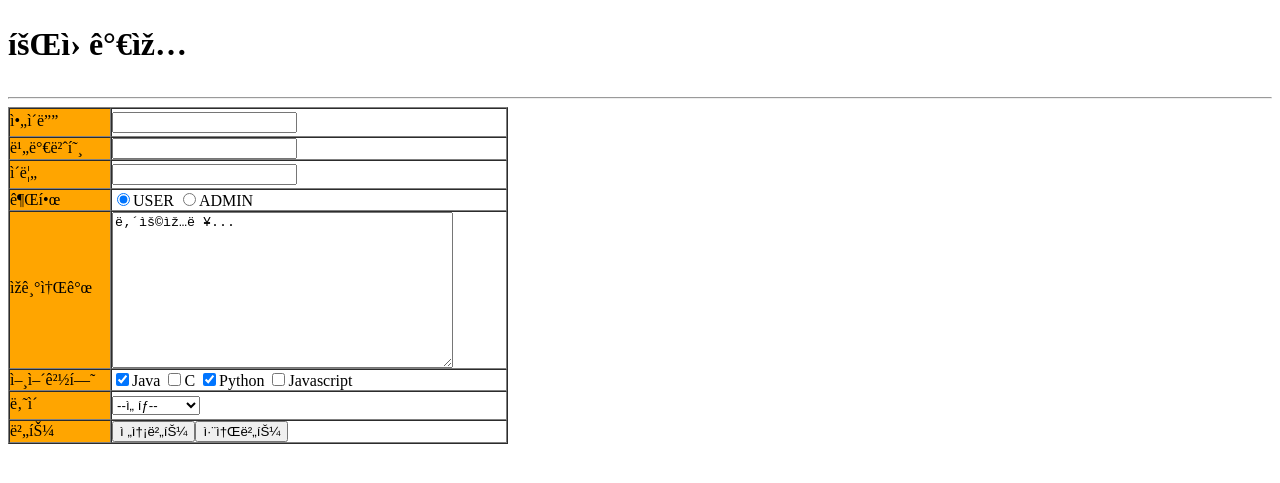
Repository: serim53/JSPStudy
Page: http://localhost/BoardWeb_JSP_/insertUserView.do
An editor plug-in stored every save of this project. The page is shown before and after the next save, followed by the edit.
The browser window is 1280 px wide. The pictures show the whole page.
The page is served by Tomcat 10. Other server files are loaded and not shown.

Above is the page before, as saved 2025-07-08 05:07:46.

### BoardWeb(JSP)/src/main/webapp/WEB-INF/board/insertUser.jsp
<!DOCTYPE html PUBLIC "-//W3C//DTD HTML 4.01 Transitional//EN" "http://www.w3.org/TR/html4/loose.dtd">
<html>
<head>
<meta http-equiv="Content-Type" content="text/html; charset=UTF-8">
<title>회원가입</title>
</head>
<body>
<h1>회원 가입</h1>
<hr>
<form action="insertUser.do" method="get">

<table border="1" cellpadding="0" cellspacing="0" width="500">
	<tr>
		<td bgcolor="orange" width="100">아이디</td>
		<td><input type="text"/></td>
	</tr>
	<tr>
		<td bgcolor="orange">비밀번호</td>
		<td><input type="text"/></td>
	</tr>
	<tr>
		<td bgcolor="orange">이름</td>
		<td><input type="text"/></td>
	</tr>
	<tr>
		<td bgcolor="orange">권한</td>
		<td>
			<input name="role" type="radio" checked/>USER
      		<input name="role" type="radio"/>ADMIN<br>
    	</td>
	</tr>
	<tr>
		<td bgcolor="orange">자기소개</td>
		<td><textarea rows="10" cols="40">내용입력...</textarea></td>
	</tr>
	<tr>
		<td bgcolor="orange">언어경험</td>
		<td>
			<input type="checkbox" checked/>Java
		    <input type="checkbox"/>C
		    <input type="checkbox" checked/>Python
		    <input type="checkbox"/>Javascript
		</td>
	</tr>
	<tr>
		<td bgcolor="orange">나이</td>
		<td>
			<select>
			<option>--선택--
			<option>10대
			<option>20대
			<option>30대
			<option>40대
			<option>50대
			<option>60대 이상
	  </select>
		</td>
	</tr>
	<tr>
		<td bgcolor="orange">버튼</td>
		<td><input type="submit" value="전송버튼"/><input type="reset" value="취소버튼"/></td>
	</tr>
</table>
<!-- 아이디 : <input type="text" size="20"/><br>
비밀번호 : <input type="password" size="20"/><br>
이름 : <input type="text"/><br>
권한 : <input name="role" type="radio" checked/>USER
      <input name="role" type="radio"/>ADMIN<br>
자기소개 : <textarea rows="10" cols="40">내용입력...</textarea><br>
언어 경험 : <input type="checkbox" checked/>Java
		  <input type="checkbox"/>C
		  <input type="checkbox" checked/>Python
		  <input type="checkbox"/>Javascript<br>
나이 : <select>
		<option>--선택--
		<option>10대
		<option>20대
		<option>30대
		<option>40대
		<option>50대
		<option>60대 이상
	  </select><br>
<input type="submit" value="전송버튼"/>
<input type="reset" value="취소버튼"/> -->
</form>
</body>
</html>

### BoardWeb(JSP)/src/main/java/com/multicampus/web/DispatcherServlet.java
package com.multicampus.web;

import java.io.IOException;
import java.util.List;

import com.multicampus.biz.board.BoardDAO;
import com.multicampus.biz.board.BoardVO;
import com.multicampus.biz.user.UserDAO;
import com.multicampus.biz.user.UserVO;

import jakarta.servlet.RequestDispatcher;
import jakarta.servlet.ServletConfig;
import jakarta.servlet.ServletException;
import jakarta.servlet.annotation.WebServlet;
import jakarta.servlet.http.HttpServlet;
import jakarta.servlet.http.HttpServletRequest;
import jakarta.servlet.http.HttpServletResponse;
import jakarta.servlet.http.HttpSession;

@WebServlet(urlPatterns = { "*.do" })
public class DispatcherServlet extends HttpServlet {
	private static final long serialVersionUID = 1L;

	private HandlerMapping handlerMapping;
	private ViewResolver viewResolver;

	public void init(ServletConfig config) throws ServletException {
		handlerMapping = new HandlerMapping();
		viewResolver = new ViewResolver("/WEB-INF/board/", ".jsp");
	}

	protected void service(HttpServletRequest request, HttpServletResponse response) throws ServletException, IOException {
		// 1. 브라우저의 요청 path 정보를 추출한다.
		String uri = request.getRequestURI();
		String path = uri.substring(uri.lastIndexOf("/"));
		System.out.println(path);

		// 2. HandlerMapping을 통해 요청을 처리할 Controller를 검색한다.
		Controller ctrl = handlerMapping.getController(path);

		// 3. 검색한 Controller를 실행한다.
		String viewName = ctrl.handleRequest(request, response);

		// 4. Controller가 리턴한 View 이름을 기반으로 이동할 화면 경로를 완성한다.
		String view = null;
		if(!viewName.contains(".do")) {
			if(viewName.equals("index")) {
				view = viewName + ".jsp";
			} else {
				view = viewResolver.getView(viewName);
			}
		} else {
			view = viewName;
		}

		// 5. 화면 이동한다.
		RequestDispatcher rd = request.getRequestDispatcher(view);
		rd.forward(request, response);
	}

}

### BoardWeb(JSP)/src/main/java/com/multicampus/web/Controller.java
package com.multicampus.web;

import jakarta.servlet.http.HttpServletRequest;
import jakarta.servlet.http.HttpServletResponse;

public interface Controller {

	String handleRequest(HttpServletRequest request, HttpServletResponse response);

}

### BoardWeb(JSP)/src/main/java/com/multicampus/web/user/InsertUserViewController.java
package com.multicampus.web.user;

import com.multicampus.web.Controller;

import jakarta.servlet.http.HttpServletRequest;
import jakarta.servlet.http.HttpServletResponse;

public class InsertUserViewController implements Controller {

	@Override
	public String handleRequest(HttpServletRequest request, HttpServletResponse response) {
		System.out.println("회원가입 화면으로 이동");

		return "insertUser";
	}

}

### BoardWeb(JSP)/src/main/java/com/multicampus/web/user/InsertUserController.java
package com.multicampus.web.user;

import com.multicampus.biz.user.UserDAO;
import com.multicampus.biz.user.UserVO;
import com.multicampus.web.Controller;

import jakarta.servlet.http.HttpServletRequest;
import jakarta.servlet.http.HttpServletResponse;

public class InsertUserController implements Controller {

	@Override
	public String handleRequest(HttpServletRequest request, HttpServletResponse response) {
		System.out.println("회원 가입 기능 처리");

		// 1. 사용자 입력정보 추출
		String id = request.getParameter("id");
		String password = request.getParameter("password");
		String name = request.getParameter("name");
		String role = request.getParameter("role");

		// 2. DB 연동 처리
		UserVO vo = new UserVO();
		vo.setId(id);
		vo.setPassword(password);
		vo.setName(name);
		vo.setRole(role);

		UserDAO dao = new UserDAO();
		dao.insertUser(vo);

		// 3. 화면 이동
		return "index";
	}

}

### BoardWeb(JSP)/src/main/java/com/multicampus/web/user/LoginViewController.java
package com.multicampus.web.user;

import com.multicampus.web.Controller;

import jakarta.servlet.http.HttpServletRequest;
import jakarta.servlet.http.HttpServletResponse;

public class LoginViewController implements Controller {

	@Override
	public String handleRequest(HttpServletRequest request, HttpServletResponse response) {
		System.out.println("로그인 화면으로 이동");

		return "login";
	}

}

### BoardWeb(JSP)/src/main/java/com/multicampus/web/user/LoginController.java
package com.multicampus.web.user;

import com.multicampus.biz.user.UserDAO;
import com.multicampus.biz.user.UserVO;
import com.multicampus.web.Controller;

import jakarta.servlet.http.HttpServletRequest;
import jakarta.servlet.http.HttpServletResponse;
import jakarta.servlet.http.HttpSession;

public class LoginController implements Controller {

	@Override
	public String handleRequest(HttpServletRequest request, HttpServletResponse response) {
		System.out.println("로그인 기능 처리");

		// 1. 사용자 입력정보 추출
		String id = request.getParameter("id");
		String password = request.getParameter("password");

		// 2. DB 연동 처리
		UserVO vo = new UserVO();
		vo.setId(id);
		vo.setPassword(password);

		UserDAO dao = new UserDAO();
		UserVO user = dao.getUser(vo);

		// 3. 화면 이동
		if(user != null) {
			// 로그인 성공
			HttpSession session = request.getSession();
			session.setAttribute("user", user);
			return "getBoardList.do";
		} else {
			// 로그인 실패
			return "loginView.do";
		}

	}

}

### BoardWeb(JSP)/src/main/java/com/multicampus/web/user/LogoutController.java
package com.multicampus.web.user;

import com.multicampus.web.Controller;

import jakarta.servlet.http.HttpServletRequest;
import jakarta.servlet.http.HttpServletResponse;
import jakarta.servlet.http.HttpSession;

public class LogoutController implements Controller {

	@Override
	public String handleRequest(HttpServletRequest request, HttpServletResponse response) {
		System.out.println("로그아웃 기능 처리");

		// 로그아웃을 요청한 브라우저와 매핑된 세션을 강제로 종료한다.
		HttpSession session = request.getSession();
		session.invalidate();

		// 화면 이동
		return "index";

	}

}

### BoardWeb(JSP)/src/main/java/com/multicampus/web/board/InsertBoardViewController.java
package com.multicampus.web.board;

import com.multicampus.web.Controller;

import jakarta.servlet.http.HttpServletRequest;
import jakarta.servlet.http.HttpServletResponse;

public class InsertBoardViewController implements Controller {

	@Override
	public String handleRequest(HttpServletRequest request, HttpServletResponse response) {
		System.out.println("글 등록 화면으로 이동");

		return "insertBoard";
	}

}

### BoardWeb(JSP)/src/main/java/com/multicampus/web/board/InsertBoardController.java
package com.multicampus.web.board;

import com.multicampus.biz.board.BoardDAO;
import com.multicampus.biz.board.BoardVO;
import com.multicampus.web.Controller;

import jakarta.servlet.http.HttpServletRequest;
import jakarta.servlet.http.HttpServletResponse;

public class InsertBoardController implements Controller {

	@Override
	public String handleRequest(HttpServletRequest request, HttpServletResponse response) {
		System.out.println("글 등록 기능 처리");

		// 1. 사용자 입력정보 추출
		String title = request.getParameter("title");
		String writer = request.getParameter("writer");
		String content = request.getParameter("content");

		// 2. DB 연동 처리
		BoardVO vo = new BoardVO();
		vo.setTitle(title);
		vo.setWriter(writer);
		vo.setContent(content);

		BoardDAO dao = new BoardDAO();
		dao.insertBoard(vo);

		// 3. 화면 이동
		return "getBoardList.do";

	}

}

### BoardWeb(JSP)/src/main/java/com/multicampus/web/board/UpdateBoardController.java
package com.multicampus.web.board;

import com.multicampus.biz.board.BoardDAO;
import com.multicampus.biz.board.BoardVO;
import com.multicampus.web.Controller;

import jakarta.servlet.http.HttpServletRequest;
import jakarta.servlet.http.HttpServletResponse;

public class UpdateBoardController implements Controller {

	@Override
	public String handleRequest(HttpServletRequest request, HttpServletResponse response) {
		System.out.println("글 수정 기능 처리");

		// 1. 사용자 입력정보 추출
		String title = request.getParameter("title");
		String seq = request.getParameter("seq");
		String content = request.getParameter("content");

		// 2. DB 연동 처리
		BoardVO vo = new BoardVO();
		vo.setTitle(title);
		vo.setSeq(Integer.parseInt(seq));
		vo.setContent(content);

		BoardDAO dao = new BoardDAO();
		dao.updateBoard(vo);

		// 3. 화면 이동
		return "getBoardList.do";
	}

}

### BoardWeb(JSP)/src/main/java/com/multicampus/web/board/DeleteBoardController.java
package com.multicampus.web.board;

import com.multicampus.biz.board.BoardDAO;
import com.multicampus.biz.board.BoardVO;
import com.multicampus.web.Controller;

import jakarta.servlet.http.HttpServletRequest;
import jakarta.servlet.http.HttpServletResponse;

public class DeleteBoardController implements Controller {

	@Override
	public String handleRequest(HttpServletRequest request, HttpServletResponse response) {
		System.out.println("글 삭제 기능 처리");

		// 1. 사용자 입력정보 추출
		String seq = request.getParameter("seq");

		// 2. DB 연동 처리
		BoardVO vo = new BoardVO();
		vo.setSeq(Integer.parseInt(seq));

		BoardDAO dao = new BoardDAO();
		dao.deleteBoard(vo);

		// 3. 화면 이동
		return "getBoardList.do";
	}

}

### BoardWeb(JSP)/src/main/java/com/multicampus/web/board/GetBoardController.java
package com.multicampus.web.board;

import com.multicampus.biz.board.BoardDAO;
import com.multicampus.biz.board.BoardVO;
import com.multicampus.web.Controller;

import jakarta.servlet.http.HttpServletRequest;
import jakarta.servlet.http.HttpServletResponse;

public class GetBoardController implements Controller {

	@Override
	public String handleRequest(HttpServletRequest request, HttpServletResponse response) {
		System.out.println("글 상세 조회 기능 처리");

		// 1. 사용자 입력정보 추출
		String seq = request.getParameter("seq");

		// 2. DB 연동 처리
		BoardVO vo = new BoardVO();
		vo.setSeq(Integer.parseInt(seq));

		BoardDAO dao = new BoardDAO();
		BoardVO board = dao.getBoard(vo);

		// 3. Model(DAO)을 통해 검색한 데이터를 View(JSP)에서 사용할 수 있도록 request에 등록한다.
		request.setAttribute("board", board);

		// 4. 화면 이동
		return "getBoard";
	}

}

### BoardWeb(JSP)/src/main/java/com/multicampus/web/board/GetBoardListController.java
package com.multicampus.web.board;

import java.util.List;

import com.multicampus.biz.board.BoardDAO;
import com.multicampus.biz.board.BoardVO;
import com.multicampus.web.Controller;

import jakarta.servlet.http.HttpServletRequest;
import jakarta.servlet.http.HttpServletResponse;

public class GetBoardListController implements Controller {

	@Override
	public String handleRequest(HttpServletRequest request, HttpServletResponse response) {
		System.out.println("글 목록 검색 기능 처리");

		// 1. 사용자 입력정보 추출
		String condition = request.getParameter("condition");
		String keyword = request.getParameter("keyword");

		// null check
		if(condition == null) condition = "title";
		if(keyword == null) keyword = "";

		request.setAttribute("condition", condition);
		request.setAttribute("keyword", keyword);

		// 2. DB 연동 처리
		BoardVO vo = new BoardVO();
		vo.setCondition(condition);
		vo.setKeyword(keyword);

		BoardDAO dao = new BoardDAO();
		List<BoardVO> boardList = dao.getBoardList(vo);

		// 3. Model(DAO)을 이용하여 검색한 데이터를 View(JSP)에서 사용할 수 있도록 request에 등록한다.
		request.setAttribute("boardList", boardList);

		// 4. 화면 이동
		return "getBoardList";

	}

}

After the next save:
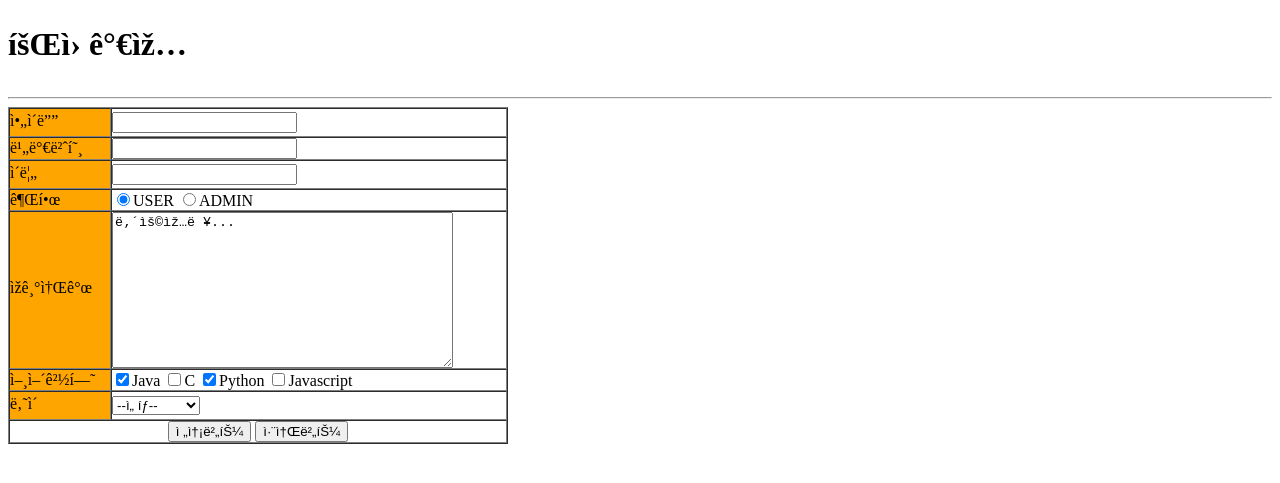
Saved 112 s later.
--- a/BoardWeb(JSP)/src/main/webapp/WEB-INF/board/insertUser.jsp
+++ b/BoardWeb(JSP)/src/main/webapp/WEB-INF/board/insertUser.jsp
@@ -57,8 +57,10 @@
 		</td>
 	</tr>
 	<tr>
-		<td bgcolor="orange">버튼</td>
-		<td><input type="submit" value="전송버튼"/><input type="reset" value="취소버튼"/></td>
+		<td colspan="2" align="center">
+			<input type="submit" value="전송버튼"/>
+			<input type="reset" value="취소버튼"/>
+		</td>
 	</tr>
 </table>
 <!-- 아이디 : <input type="text" size="20"/><br>
